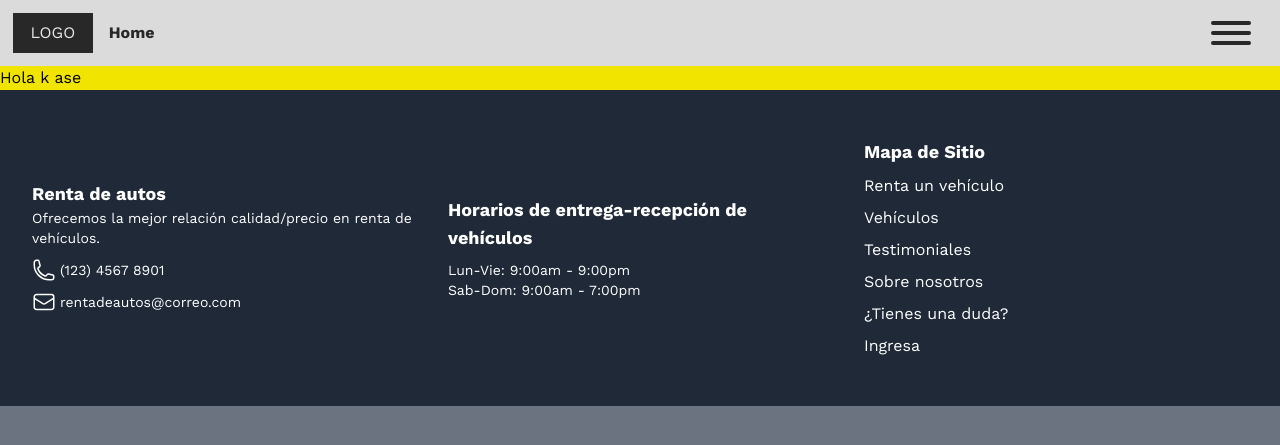
Repository: aldovelacasas/PF_RentCar2
Page: /
The author's editor kept a copy of each file at every save. The page is drawn from the files as they stood at one save, then again after the next save.
The browser window is 1280 px wide. The pictures show the whole page.
The project was rebuilt for these pictures with package versions that can differ from the ones it lists, and the page was loaded fresh each time. The framework's server and built-in components were replaced by stand-ins that run in the browser. Also part of the build but not shown: next.config.js.

Above is the page before, as saved 2023-08-30 09:48:29.

### src/app/layout.jsx
import "./globals.css";
import Navbar from "@/components/Navbar/Navbar";
import Footer from "@/components/footer";
import { Inter } from "next/font/google";

const inter = Inter({ subsets: ["latin"] });

export const metadata = {
  title: "Create Next App",
  description: "Generated by create next app",
};

export default function RootLayout({ children }) {
  return (
    <html lang="en">
      <body className={inter.className}>
        <Navbar />
        <div className="">{children}</div>
        <Footer />
      </body>
    </html>
  );
}

### src/app/page.jsx
function HomePage() {
  return (
    <div className="bg-amarillo_status">
      <p>Hola k ase</p>
    </div>
  );
}

export default HomePage;

### src/app/globals.css
@tailwind base;
@tailwind components;
@tailwind utilities;

body {
   @apply bg-gray-500; /* Fondo más claro */
   color: gray-800; /* Texto oscuro */
}

### src/components/NavBar/Navbar.jsx
"use client";

import Link from "next/link";
// import Image from "next/image";
import React, { useState } from "react";
// import Logo from "./Logo";
import NavItem from "./NavItem";
import "./nav.css";

const MENU_LIST = [
  { text: "Home", href: "/" },
  { text: "About", href: "/about" },
  { text: "Vehiculos", href: "/" },
  { text: "Testimoniales", href: "/" },
  { text: "Contáctanos", href: "/" },
  { text: "Ingresar", href: "/" },
];
const Navbar = () => {
  const [navActive, setNavActive] = useState(null);
  const [activeIdx, setActiveIdx] = useState(-1);

  return (
    <>
      <nav className={`nav navBar`}>
        <div className="boxLogo">
          <Link href="/about">
            <h1 className="logo">LOGO</h1>
          </Link>
          <div className="HomeLogo">
            <Link href="/">
              <span className="nav__item">Home</span>
            </Link>
          </div>
        </div>

        <div
          onClick={() => setNavActive(!navActive)}
          className={`nav__menu-bar`}>
          <div></div>
          <div></div>
          <div></div>
        </div>
        <div className={`${navActive ? "active" : ""} nav__menu-list`}>
          {MENU_LIST.map((menu, idx) => (
            <div
              onClick={() => {
                setActiveIdx(idx);
                setNavActive(false);
              }}
              key={menu.text}
              className={menu.text === "Home" ? "HomeMenu" : ""}>
              <NavItem
                active={activeIdx === idx}
                className={menu.text === "Home" ? "HomeMenu" : ""}
                {...menu}
              />
            </div>
          ))}
        </div>
      </nav>
    </>
  );
};

export default Navbar;

### src/components/footer.jsx
"use client";
import Link from "next/link";

function Footer() {
  return (
    <div className="bg-gray-800 text-white py-8 flex flex-col sm:flex-row justify-between items-center p-4 font-poppins">
      <div className="sm:w-1/3 p-4">
        <h3 className="text-lg font-semibold">Renta de autos</h3>
        <p className="text-sm">
          Ofrecemos la mejor relación calidad/precio en renta de vehículos.
        </p>
        <div className="flex items-center text-sm mt-2">
          <svg
            xmlns="http://www.w3.org/2000/svg"
            fill="none"
            viewBox="0 0 24 24"
            strokeWidth={1.5}
            stroke="currentColor"
            className="w-6 h-6">
            <path
              strokeLinecap="round"
              strokeLinejoin="round"
              d="M2.25 6.75c0 8.284 6.716 15 15 15h2.25a2.25 2.25 0 002.25-2.25v-1.372c0-.516-.351-.966-.852-1.091l-4.423-1.106c-.44-.11-.902.055-1.173.417l-.97 1.293c-.282.376-.769.542-1.21.38a12.035 12.035 0 01-7.143-7.143c-.162-.441.004-.928.38-1.21l1.293-.97c.363-.271.527-.734.417-1.173L6.963 3.102a1.125 1.125 0 00-1.091-.852H4.5A2.25 2.25 0 002.25 4.5v2.25z"
            />
          </svg>

          <span className="m-1">(123) 4567 8901</span>
        </div>
        <div className="flex items-center text-sm mt-1">
          <svg
            xmlns="http://www.w3.org/2000/svg"
            fill="none"
            viewBox="0 0 24 24"
            strokeWidth={1.5}
            stroke="currentColor"
            className="w-6 h-6">
            <path
              strokeLinecap="round"
              strokeLinejoin="round"
              d="M21.75 6.75v10.5a2.25 2.25 0 01-2.25 2.25h-15a2.25 2.25 0 01-2.25-2.25V6.75m19.5 0A2.25 2.25 0 0019.5 4.5h-15a2.25 2.25 0 00-2.25 2.25m19.5 0v.243a2.25 2.25 0 01-1.07 1.916l-7.5 4.615a2.25 2.25 0 01-2.36 0L3.32 8.91a2.25 2.25 0 01-1.07-1.916V6.75"
            />
          </svg>

          <span className="m-1"> rentadeautos@correo.com</span>
        </div>
      </div>
      <div className="sm:w-1/3 p-4 mt-4 sm:mt-0">
        <h4 className="text-lg font-semibold">
          Horarios de entrega-recepción de vehículos
        </h4>
        <p className="text-sm mt-2">
          Lun-Vie: 9:00am - 9:00pm
          <br />
          Sab-Dom: 9:00am - 7:00pm
        </p>
      </div>
      <div className="sm:w-1/3 p-4 mt-4 sm:mt-0 w-full">
        <h2 className="text-lg font-semibold">Mapa de Sitio</h2>
        <ul className="mt-2 space-y-2 sm:ml-0 sm:pl-0">
          <li className="text-red">
            <Link href="/rent" className="hover:font-bold">
              Renta un vehículo
            </Link>
          </li>
          <li>
            <Link href="/cars" className="hover:font-bold">
              Vehículos
            </Link>
          </li>
          <li>
            <Link href="/testimoniales" className="hover:font-bold">
              Testimoniales
            </Link>
          </li>
          <li>
            <Link href="/about" className="hover:font-bold">
              Sobre nosotros
            </Link>
          </li>
          <li>
            <Link href="/contact" className="hover:font-bold">
              ¿Tienes una duda?
            </Link>
          </li>
          <li>
            <Link href="/signin" className="hover:font-bold">
              Ingresa
            </Link>
          </li>
        </ul>
      </div>
    </div>
  );
}

export default Footer;

### src/components/NavBar/NavItem.jsx
import Link from "next/link";
const NavItem = ({ text, href, active }) => {
  const className =
    text === "Home"
      ? "nav__item HomeMenu"
      : `nav__item ${active ? "active" : ""}`;
  return (
    <Link href={href}>
      <span className={className}>{text}</span>
    </Link>
  );
};

export default NavItem;

### src/components/NavBar/nav.css
@import url("https://fonts.googleapis.com/css2?family=Work+Sans:wght@400;500;700&display=swap");
@import url("https://fonts.googleapis.com/css2?family=Rubik:wght@500&display=swap");
* {
  margin: 0;
  padding: 0;
  outline: none;
  box-sizing: border-box;
  font-family: "Work Sans", sans-serif;
}
a {
  text-decoration: none;
  color: inherit;
}
.navBar {
  position: sticky;
  z-index: 30;
  top: 0;
}
nav {
  font-family: "Rubik", sans-serif;
  display: flex;
  justify-content: space-between;
  align-items: center;
  background-color: #dbdbdb;
  color: #282828;
  padding: 2%;
}

.logo {
  background-color: #282828;
  color: #e9e9e9;
  width: 80px;
  text-align: center;
  padding: 0.5rem;
  font-size: 1rem;
}

.nav__menu-bar {
  display: flex;
  flex-direction: column;
  row-gap: 6px;
  cursor: pointer;
}
.nav__menu-bar div {
  width: 40px;
  height: 4px;
  background-color: #282828;
  margin-right: 1rem;
  border-radius: 2px;
}
.nav__menu-list {
  display: flex;
  flex-direction: column;
  position: fixed;
  top: 70px;
  width: 220px;
  row-gap: 24px;
  right: -300px;
  padding: 24px 16px;
  margin-top: 0rem;
  transition: all 0.2s;
  min-height: calc(100vh - 60px);
  font-size: 1rem;
  background-color: #f1f1f1;
}
.nav__menu-list.active {
  right: 0;
  top: 53px;
}
.nav__menu-list span {
  font-weight: 600;
  transition: all 0.3s;
}

.nav__menu-list span:hover {
  /* font-weight: bold; */
  color: #ea4f39;
}
.boxLogo {
  display: flex;
  align-items: center;
  gap: 1rem;
}

.HomeLogo {
  font-size: 1rem;
  font-weight: 600;
  transition: 0.3s;
}

.HomeLogo:hover {
  color: #ea4f39;
}
.center {
  min-height: 600px;
  display: flex;
  justify-content: center;
  align-items: center;
}

.HomeMenu {
  display: none;
}

@media (min-width: 50em) {
  nav{
    padding:1%;
  }
  /* nav {
    padding: 3%;
  }
  .HomeMenu {
    display: block;
  }
  .nav__menu-list {
    background-color: #dbdbdb;
  }
  .HomeLogo {
    display: none;
    font-size: 2rem;
  }
  .logo {
    background-color: #282828;
    color: #e9e9e9;
    width: 150px;
    text-align: center;
    padding: 1.5rem;
    font-size: 1.5rem;
  }
  .nav__menu-bar {
    display: none;
  }
  .nav__menu-list {
    position: unset;

    flex-direction: row;
    min-height: fit-content;
    width: fit-content;
    column-gap: 24px;
    align-items: center;
  }
  .nav__link::before {
    content: "";
    position: absolute;
    width: 0%;
    height: 6px;
    bottom: -16px;
    left: 0;
    background-color: black;

    transition: all 0.2s;
  }

  .nav__link:hover:before {
    width: 100%;
  } */
}

### tailwind.config.js
/** @type {import('tailwindcss').Config} */
module.exports = {
  content: [
    "./src/pages/**/*.{js,ts,jsx,tsx,mdx}",
    "./src/components/**/*.{js,ts,jsx,tsx,mdx}",
    "./src/app/**/*.{js,ts,jsx,tsx,mdx}",
  ],
  theme: {
    extend: {
      backgroundImage: {
        "gradient-radial": "radial-gradient(var(--tw-gradient-stops))",
        "gradient-conic":
          "conic-gradient(from 180deg at 50% 50%, var(--tw-gradient-stops))",
      },
      colors: {
        gris_fondo: "#dbdbdb",
        gris_frente: "#e9e9e9",
        negro_fondo: "#282828",
        naranja_enf: "#ea4f39",
        rojo_status: "#e30613",
        verde_status: "#4aaf4d",
        amarillo_status: "#f0e400",
      },
    },
  },
  plugins: [],
};

After the next save:
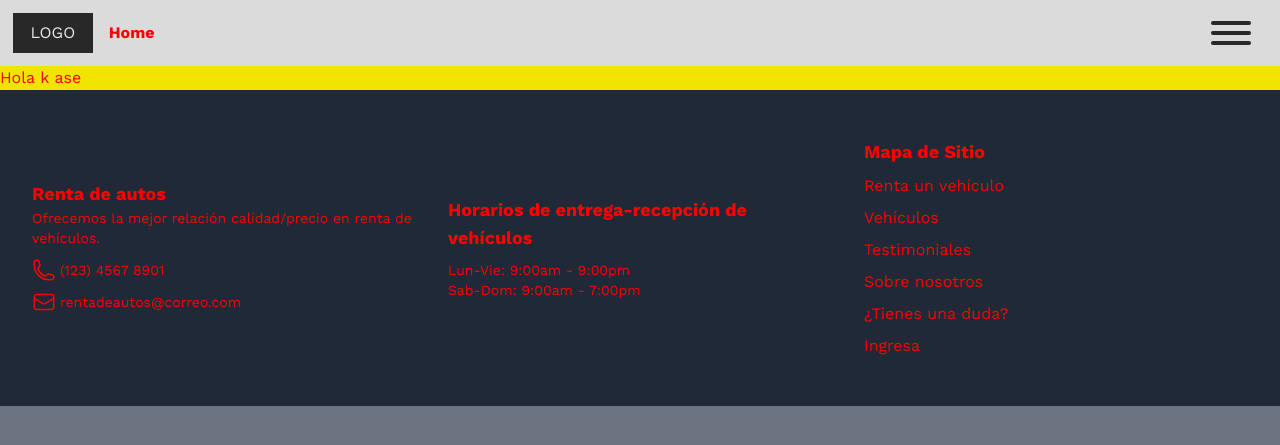
Saved 9 s later.
--- a/src/components/NavBar/nav.css
+++ b/src/components/NavBar/nav.css
@@ -103,6 +103,7 @@ nav {
 }
 
 @media (min-width: 50em) {
+  *{color:red}
   nav{
     padding:1%;
   }
